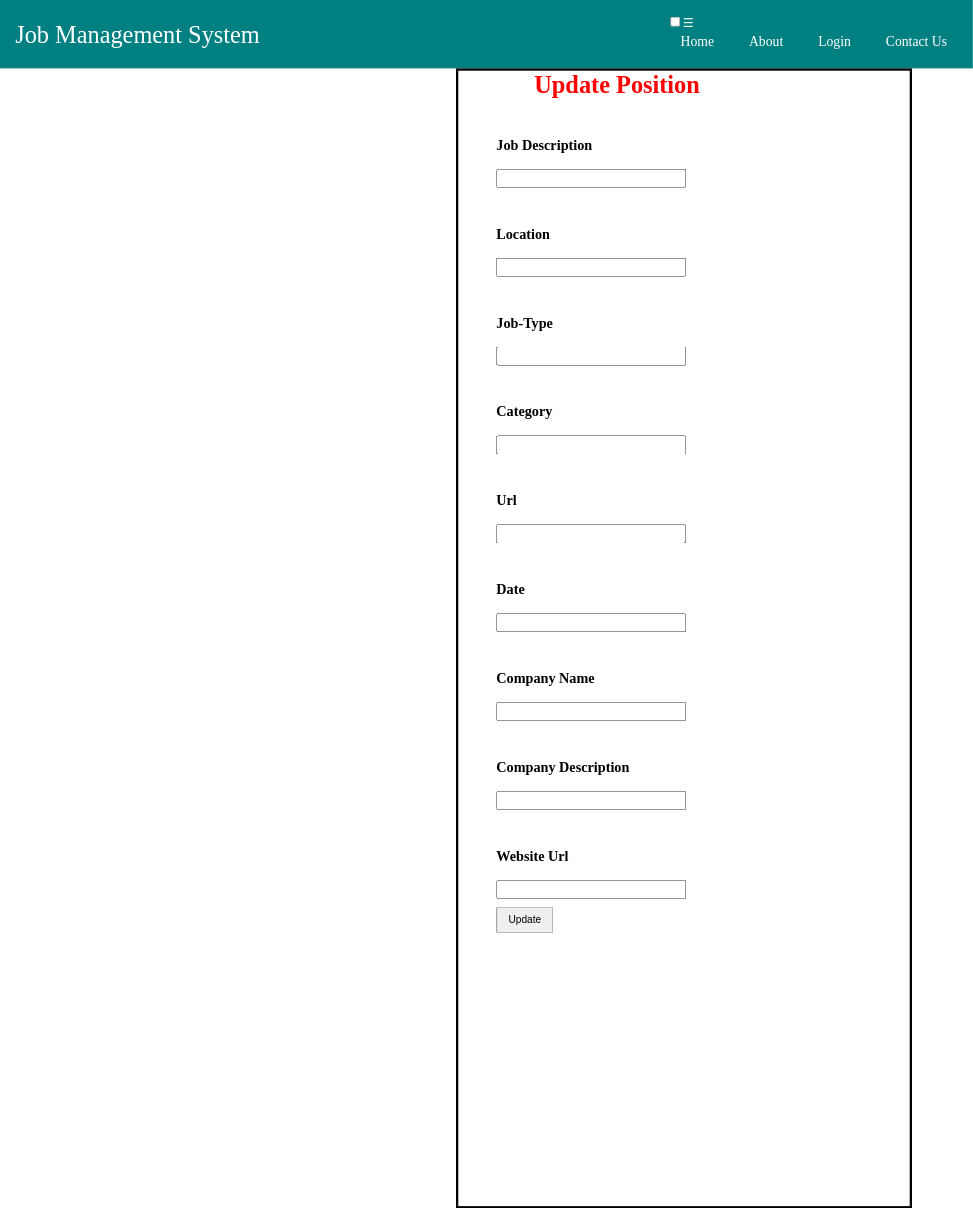
Repository: PrinceKumawat1109/JFSD
Page: http://localhost/Job-management/dashboard_update.jsp
An editor plug-in stored every save of this project. The page is shown before and after the next save, followed by the edit.
The browser window is 1280 px wide. The pictures show the whole page, at 76% of full size.
The page is served by Tomcat 9. Other server files are loaded and not shown.

Above is the page before, as saved 2022-10-29 23:18:55.

### Job-management/src/main/webapp/dashboard_update.jsp
<%@ page language="java" contentType="text/html; charset=UTF-8"
    pageEncoding="UTF-8"%>
<!DOCTYPE html>
<html>
<head>
<meta charset="UTF-8">
<title>Update</title>
<style>
.card{
height: 1500px;
width: 600px;
border-style: solid;
margin-left: 600px;
}
.i{
margin-top: 10px;
margin-left: 50px;
}
</style>
</head>

<jsp:include page="navbar2.jsp" />
<body>
<div class="card">
	<h1 style=" color: red; margin-left: 100px;">Update Position</h1>
<h3 style="margin-left: 50px; margin-top: 50px;">Job Description</h3>
	<input style="margin-left: 50px; margin-top: 20px; height: 25px; width: 250px;" type="text" id="t1"/>
	<h3 style="margin-left: 50px; margin-top: 50px;">Location</h3>
	<input style="margin-left: 50px; margin-top: 20px; height: 25px; width: 250px;" type="text" id="t2"/>
	<h3 style="margin-left: 50px; margin-top: 50px;">Job-Type</h3>
	<input style="margin-left: 50px; margin-top: 20px; height: 25px; width: 250px;" type="text" id="t3"/>
	<h3 style="margin-left: 50px; margin-top: 50px;">Category</h3>
	<input style="margin-left: 50px; margin-top: 20px; height: 25px; width: 250px;" type="text" id="t4"/>
	<h3 style="margin-left: 50px; margin-top: 50px;">Url</h3>
	<input style="margin-left: 50px; margin-top: 20px; height: 25px; width: 250px;" type="text" id="t5"/>
	<h3 style="margin-left: 50px; margin-top: 50px;">Date</h3>
	<input style="margin-left: 50px; margin-top: 20px; height: 25px; width: 250px;" type="text" id="t6"/>
	<h3 style="margin-left: 50px; margin-top: 50px;">Company Name</h3>
	<input style="margin-left: 50px; margin-top: 20px; height: 25px; width: 250px;" type="text" id="t7"/>
	<h3 style="margin-left: 50px; margin-top: 50px;">Company Description</h3>
	<input style="margin-left: 50px; margin-top: 20px; height: 25px; width: 250px;" type="text" id="t8"/>
	<h3 style="margin-left: 50px; margin-top: 50px;">Website Url</h3>
	<input style="margin-left: 50px; margin-top: 20px; height: 25px; width: 250px;" type="text" id="t9"/>
	<div class="i">
	<button style="height: 35px; width: 75px;"  onclick="update()">Update</button>
	<label id="lbl"></label>
	</div>
</div>
</body>
</html>

### Job-management/src/main/webapp/navbar2.jsp
<!DOCTYPE html>
<html lang="en">
 <head>
   <meta charset="UTF-8" />
   <meta http-equiv="X-UA-Compatible" content="IE=edge" />
   <meta name="viewport" content="width=device-width, initial-scale=1.0" />
   <style>

    /* UTILITIES */
* {
 margin: 0;
 padding: 0;
 box-sizing: border-box;
}
body {
 font-family: cursive;
}
a {
 text-decoration: none;
}
li {
 list-style: none;
}

/* NAVBAR STYLING STARTS */
.navbar {
 display: flex;
 align-items: center;
 justify-content: space-between;
 padding: 20px;
 background-color: teal;
 color: #fff;
}
.nav-links a {
 color: #fff;
}
/* LOGO */
.logo {
 font-size: 32px;
}
/* NAVBAR MENU */
.menu {
 display: flex;
 gap: 1em;
 font-size: 18px;
}
.menu li:hover {
 background-color: #4c9e9e;
 border-radius: 5px;
 transition: 0.3s ease;
}
.menu li {
 padding: 5px 14px;
}
/* DROPDOWN MENU */
.services {
 position: relative;
}
.dropdown {
 background-color: rgb(1, 139, 139);
 padding: 1em 0;
 position: absolute; /*WITH RESPECT TO PARENT*/
 display: none;
 border-radius: 8px;
 top: 35px;
}
.dropdown li + li {
 margin-top: 10px;
}
.dropdown li {
 padding: 0.5em 1em;
 width: 8em;
 text-align: center;
}
.dropdown li:hover {
 background-color: #4c9e9e;
}
.services:hover .dropdown {
 display: block;
}
   </style>
   <title>Document</title>
 </head>
 <body>
   <nav class="navbar">
     <!-- LOGO -->
     <div class="logo">Job Management System</div>
     <!-- NAVIGATION MENU -->
     <ul class="nav-links">
       <!-- USING CHECKBOX HACK -->
       <input type="checkbox" id="checkbox_toggle" />
       <label for="checkbox_toggle" class="hamburger">&#9776;</label>
       <!-- NAVIGATION MENUS -->
       <div class="menu">
         <li><a href="/">Home</a></li>
         <li><a href="/">About</a></li>
         <li class="services">
           <a href="/">Login</a>
           <!-- DROPDOWN MENU -->
           <ul class="dropdown">
             <li><a href="dashboard.jsp">DASHBOARD </a></li>
             <li><a href="applicants.jsp">APPLICANTS</a></li>
             <li><a href="newposition.jsp">POST A NEW JOB</a></li>
             <li><a href="https://rzp.io/i/k9xa2LhReQ">PAYMENT</a></li>
             <li><a href="index.jsp">LOGOUT</a></li>
           </ul>
         </li>
         <li><a href="/">Contact Us</a></li>
       </div>
     </ul>
   </nav>
 </body>
</html>

After the next save:
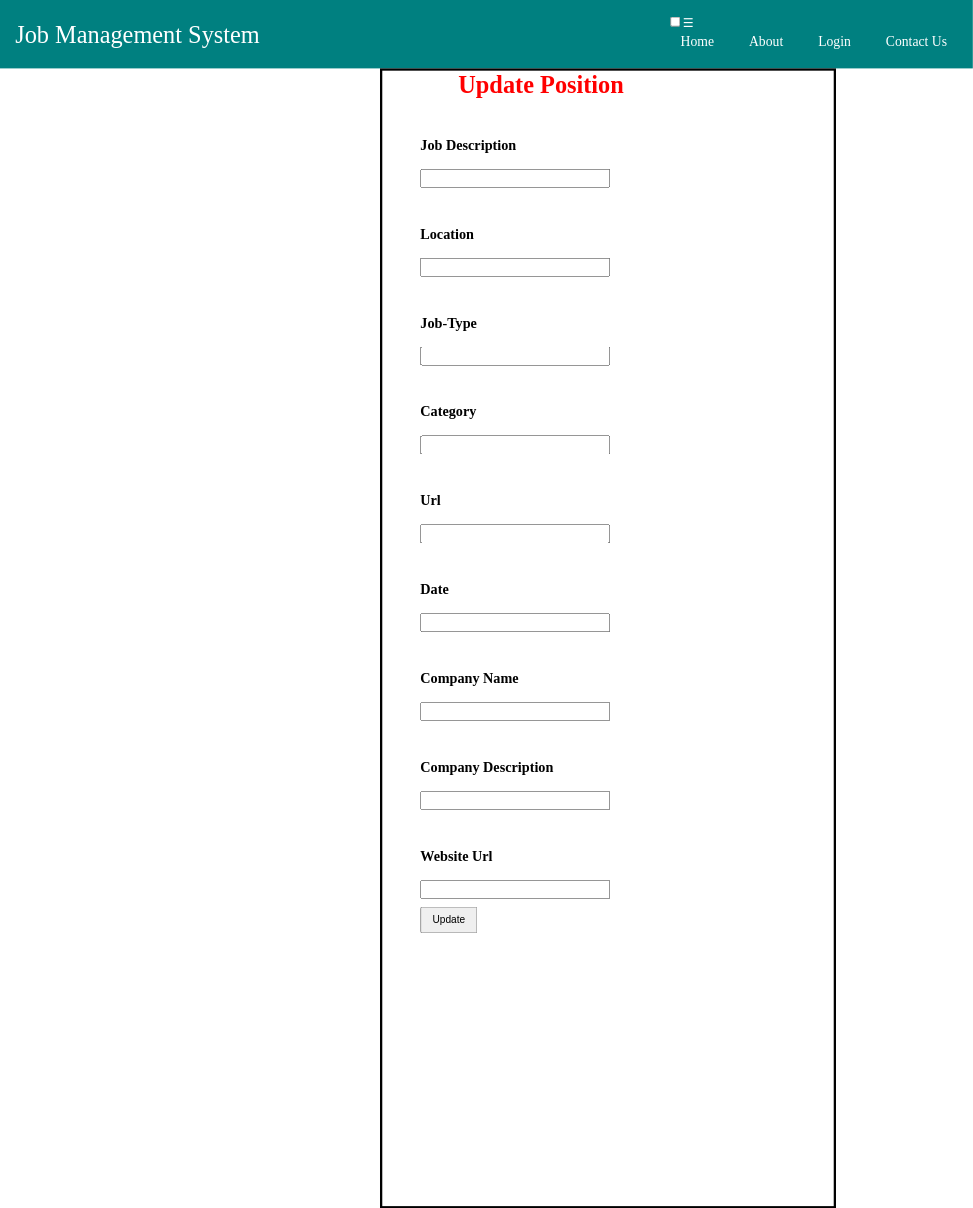
Saved 7 s later.
--- a/Job-management/src/main/webapp/dashboard_update.jsp
+++ b/Job-management/src/main/webapp/dashboard_update.jsp
@@ -10,7 +10,7 @@
 height: 1500px;
 width: 600px;
 border-style: solid;
-margin-left: 600px;
+margin-left: 500px;
 }
 .i{
 margin-top: 10px;
